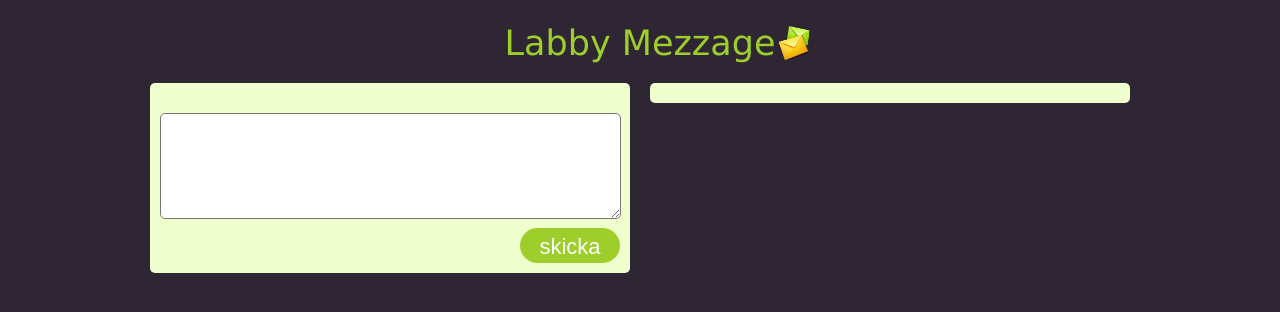
Repository: ad222kr/1dv403-laborationer
Page: 2-labbymezzage/index.html
The author's editor kept a record of every edit. The page is drawn from the files as they stood at one moment, then again after the next edit.
The browser window is 1280 px wide. The pictures show the whole page.

Above is the page before.

After the next edit:
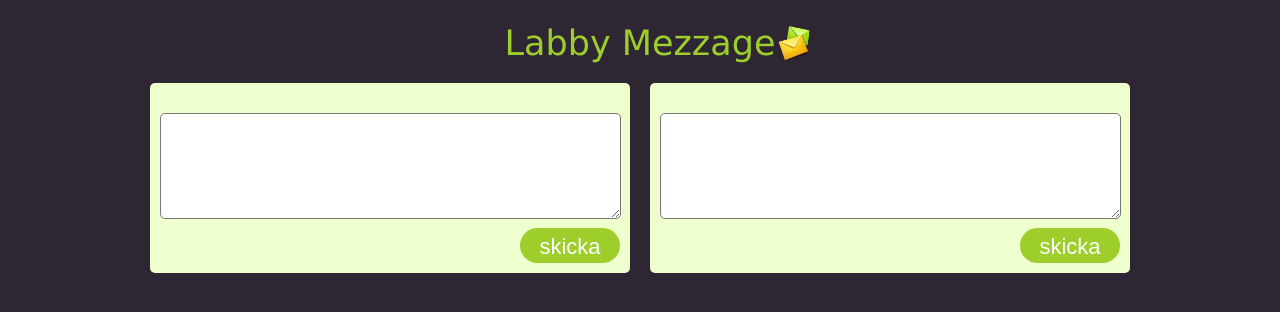
The edit:
--- a/2-labbymezzage/js/run.js
+++ b/2-labbymezzage/js/run.js
@@ -4,5 +4,6 @@
     var board2 = new MessageBoard("board2");
 
     board1.init();
+    board2.init();
 
 };
